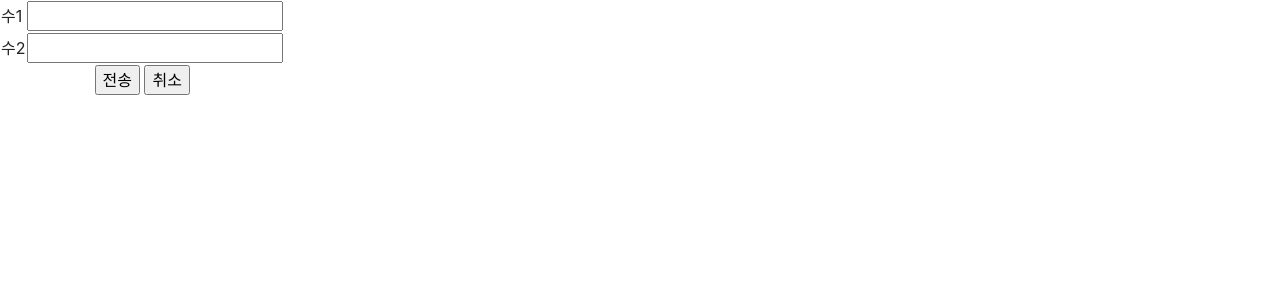
Repository: eastzi/workspace.edu
Page: MVC01/src/main/webapp/su.html
The author's editor kept a copy of each file at every save. The page is drawn from the files as they stood at one save, then again after the next save.
The browser window is 1280 px wide. The pictures show the whole page.

Above is the page before, as saved 2022-10-12 04:12:08.

After the next save:
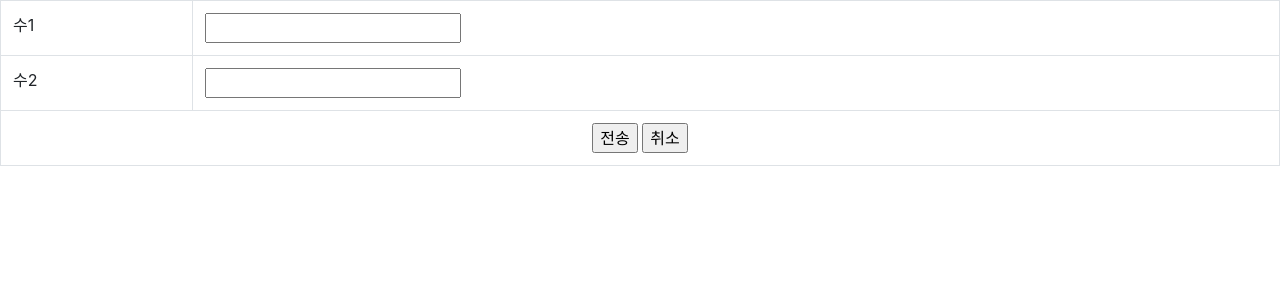
Saved 33 s later.
--- a/MVC01/src/main/webapp/su.html
+++ b/MVC01/src/main/webapp/su.html
@@ -10,7 +10,7 @@
 <script src="https://cdn.jsdelivr.net/npm/bootstrap@4.6.1/dist/js/bootstrap.bundle.min.js"></script>
 </head>
 <body>
-<table>
+<table class="table table table-bordered">
 	<tr>
 		<td>수1</td>
 		<td><input type="text" name="su1"></td>
